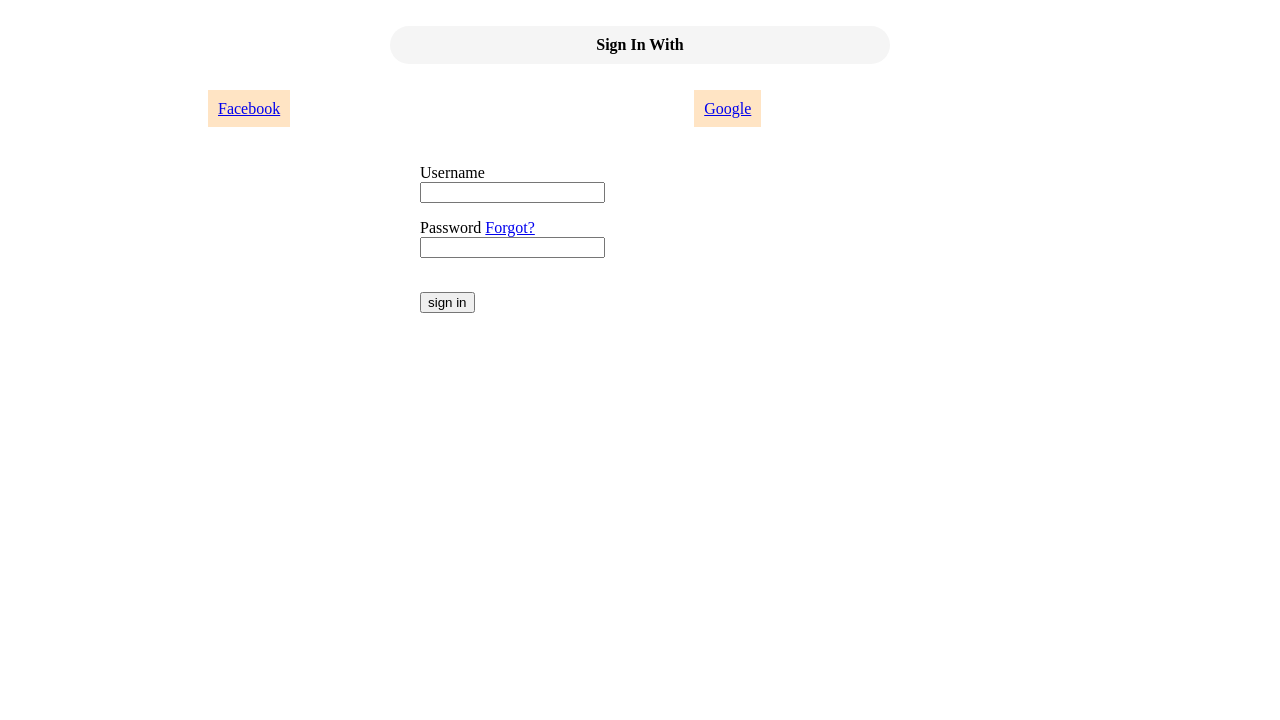
Repository: Tobby004/bdc-assignment-2
Page: index.html
The author's editor kept a copy of each file at every save. The page is drawn from the files as they stood at one save, then again after the next save.
The browser window is 1280 px wide. The pictures show the whole page.

Above is the page before, as saved 2023-02-11 06:49:05.

After the next save:
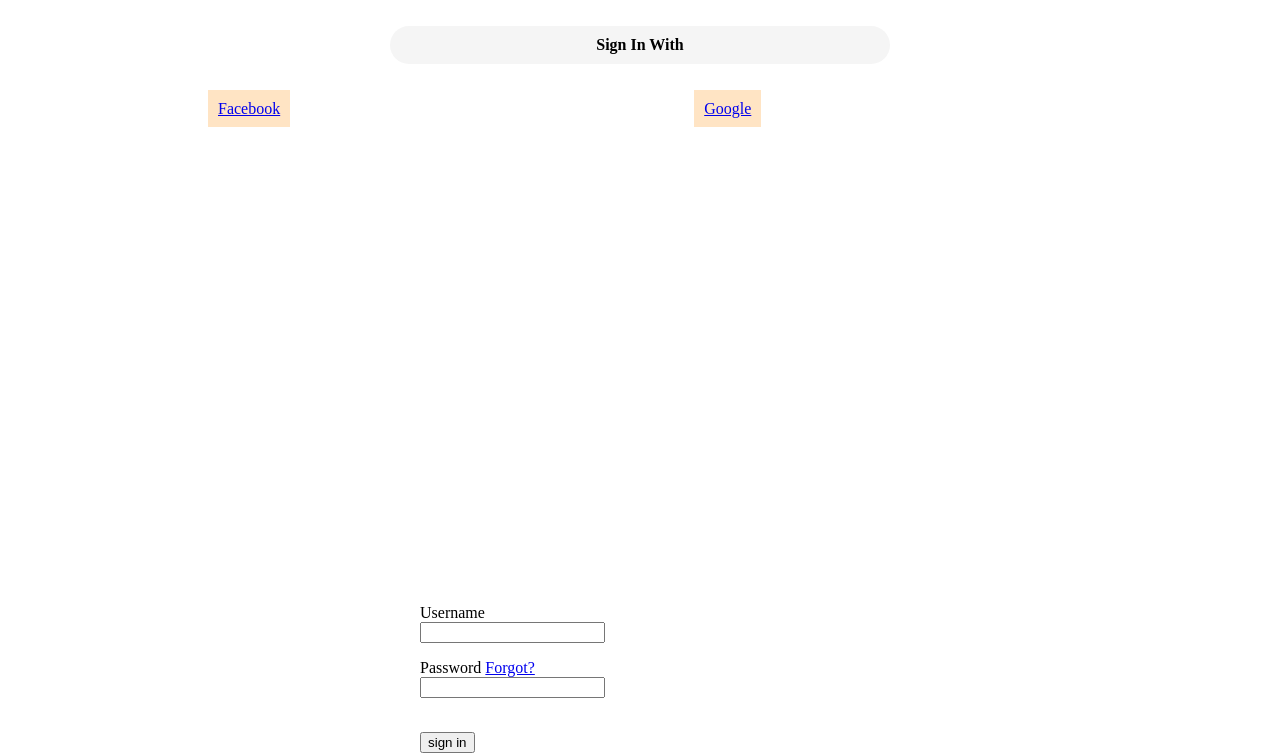
Saved 5 min 55 s later.
--- a/task.css
+++ b/task.css
@@ -27,3 +27,6 @@ header a {
     margin-left: auto;
     margin-right: auto;
 }
+.box-container {
+    height: 550px;
+}
